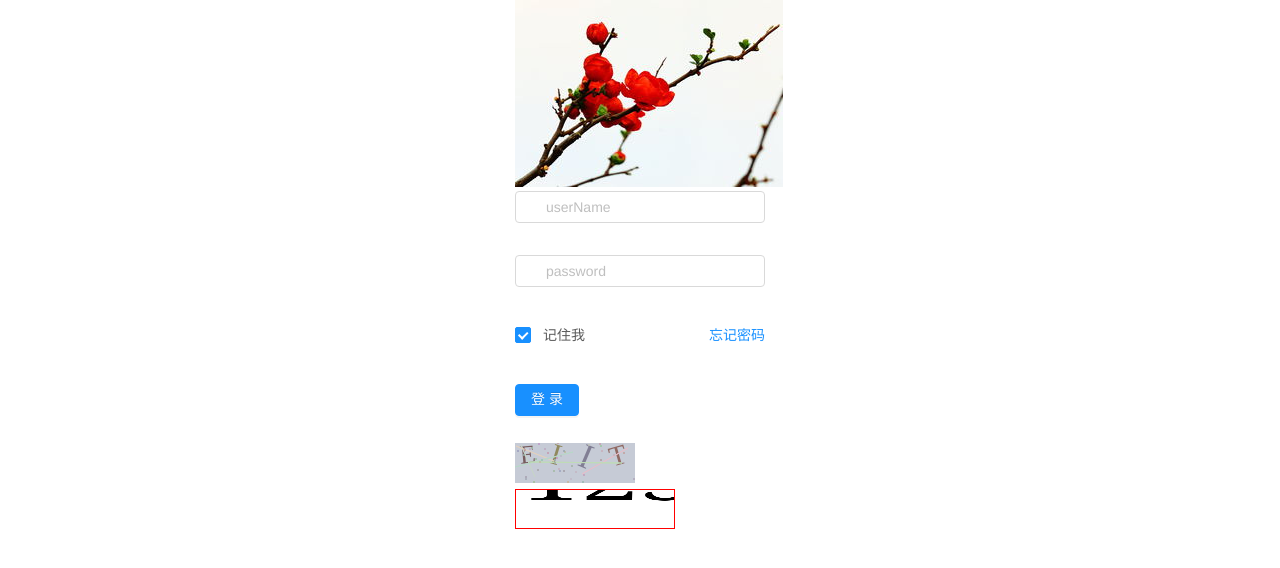
Repository: zhongdm/vue-vuex-antd
Page: /#/login
The author's editor kept a copy of each file at every save. The page is drawn from the files as they stood at one save, then again after the next save.
The browser window is 1280 px wide. The pictures show the whole page.
The project was rebuilt for these pictures with package versions that can differ from the ones it lists, and the page was loaded fresh each time.

Above is the page before, as saved 2019-03-15 10:52:03.

### index.html
<!DOCTYPE html>
<html>
  <head>
    <meta charset="utf-8">
    <meta name="viewport" content="width=device-width,initial-scale=1.0">
    <title>vue-vuex-antd</title>
  </head>
  <body>
    <div id="app"></div>
    <!-- built files will be auto injected -->
  </body>
</html>

### src/main.js
// The Vue build version to load with the `import` command
// (runtime-only or standalone) has been set in webpack.base.conf with an alias.
import Vue from 'vue'
import App from './App'
import router from './router'
import TestPlugin from './plugins-custom/TestPlugin'
import Antd from 'ant-design-vue'
import 'ant-design-vue/dist/antd.css'

Vue.config.productionTip = false
Vue.use(TestPlugin)
Vue.use(Antd)

/* eslint-disable no-new */
new Vue({
  el: '#app',
  router,
  components: { App },
  template: '<App/>'
})

### src/App.vue
<template>
  <div id="app">
    <router-view/>
  </div>
</template>

<script>
export default {
  name: 'App'
}
</script>

<style>
#app {
  font-family: 'Avenir', Helvetica, Arial, sans-serif;
  -webkit-font-smoothing: antialiased;
  -moz-osx-font-smoothing: grayscale;
  /* text-align: center; */
  color: #2c3e50;
  /* margin-top: 60px; */
}
</style>

### src/router/index.js
import Vue from 'vue'
import Router from 'vue-router'

Vue.use(Router)

const router = new Router({
  routes: [
    {
      path: '/login',
      name: 'Login',
      component: () => import('@/pages/Login')
    },
    {
      path: '/',
      component: () => import('@/pages/MainLayout'),
      children: [
        {
          path: '',
          component: () => import('@/pages/home/Info')
        },
        {
          path: 'settings',
          component: () => import('@/pages/settings/Settings'),
          children: [
            {
              path: '',
              redirect: 'user'
            },
            {
              path: 'user',
              name: 'User',
              component: () => import('@/pages/settings/User')
            },
            {
              path: 'role',
              name: 'Role',
              component: () => import('@/pages/settings/Role')
            }
          ]
        }
      ]
    }
  ]
})

// router.beforeEach((to, from, next) => {
//   console.log(to.path, from)
//   next()
// })
export default router

### src/plugins-custom/TestPlugin.js
let TestPlugin = {}
TestPlugin.install = function (Vue, options) {
  Vue.istest = function () {
    console.log('plugin test success')
  }
  Vue.prototype.logining = function () {
    console.log('loging')
  }
}

export default TestPlugin

### src/pages/Login.vue
<template>
  <div class="form-container">
    <img src="@/assets/images/plum.jpg">
    <a-form>
      <a-form-item>
        <a-input
          placeholder="userName">
          <a-icon slot="prefix" type="user"></a-icon>
        </a-input>
      </a-form-item>
      <a-form-item>
        <a-input
          placeholder="password">
          <a-icon slot="prefix" type="lock"></a-icon>
        </a-input>
      </a-form-item>
      <a-form-item>
        <a-checkbox :checked="isRemember" @change="toggleRemember" class="username-remember">
          记住我
        </a-checkbox>
        <a href="" class="login-password-forgot">忘记密码</a>
      </a-form-item>
      <a-form-item>
        <a-button type="primary" @click="handleLogin">登录</a-button>
      </a-form-item>
    </a-form>
    <ImgVerify @imgCode="imgCode" ref="imgVerify"/>
    <CustomVal />
  </div>
</template>

<script>
export default {
  data () {
    return {
      isRemember: true
    }
  },
  mounted () {
  },
  methods: {
    handleLogin () {
      this.$router.push('/')
    },
    toggleRemember () {
      this.isRemember = !this.isRemember
    },
    imgCode (code) {
      console.log(code)
    },
    handleClick () {
      this.$refs.imgVerify.draw()
    }
  },
  components: {
    ImgVerify: () => import('@/components/ValidationCode'),
    CustomVal: () => import('@/components/CustomValidationCode')
  }
}
</script>

<style lang="stylus" scoped>
  .form-container
    width 250px
    margin 0 auto
    .username-remember
      float left
    .login-password-forgot
      float right
</style>

### src/components/ValidationCode.vue
<template>
  <div class="img-verify">
    <canvas
      ref="verify"
      :width="width"
      :height="height"
      @click="handleDraw"></canvas>
  </div>
</template>

<script type="text/ecmascript-6">
  export default {
    data() {
      return {
        pool: 'ABCDEFGHIJKLMNOPQRSTUVWXYZ1234567890', // 字符串
        width: 120,
        height: 40
      }
    },
    mounted() {
      this.draw()
    },
    methods: {
      // 1.随机数
      randomNum(min, max) {
        return parseInt(Math.random() * (max - min) + min)
      },
      // 2.随机颜色
      randomColor(min, max) {
        const r = this.randomNum(min, max)
        const g = this.randomNum(min, max)
        const b = this.randomNum(min, max)
        return `rgb(${r},${g},${b})`
      },
      // 点击图片重新绘制
      handleDraw() {
        this.draw()
      },
      // 绘制图片
      draw() {
        // 3.填充背景颜色，背景颜色要浅一点
        const ctx = this.$refs.verify.getContext('2d')
        // 填充颜色
        ctx.fillStyle = this.randomColor(180, 230)
        // 填充的位置
        ctx.fillRect(0, 0, this.width, this.height)
        // 定义paramText
        let imgCode = ''
        // 4.随机产生字符串，并且随机旋转
        for (let i = 0; i < 4; i++) {
          // 随机的四个字
          const text = this.pool[this.randomNum(0, this.pool.length)]
          imgCode += text
          // 随机的字体大小
          const fontSize = this.randomNum(18, 40)
          // 字体随机的旋转角度
          const deg = this.randomNum(-30, 30)
          /*
           * 绘制文字并让四个文字在不同的位置显示的思路 :
           * 1、定义字体
           * 2、定义对齐方式
           * 3、填充不同的颜色
           * 4、保存当前的状态（以防止以上的状态受影响）
           * 5、平移translate()
           * 6、旋转 rotate()
           * 7、填充文字
           * 8、restore出栈
           * */
          ctx.font = fontSize + 'px Simhei'
          ctx.textBaseline = 'top'
          ctx.fillStyle = this.randomColor(80, 150)
          /*
           * save() 方法把当前状态的一份拷贝压入到一个保存图像状态的栈中。
           * 这就允许您临时地改变图像状态，
           * 然后，通过调用 restore() 来恢复以前的值。
           * save是入栈，restore是出栈。
           * 用来保存Canvas的状态。save之后，可以调用Canvas的平移、放缩、旋转、错切、裁剪等操作。 restore：用来恢复Canvas之前保存的状态。防止save后对Canvas执行的操作对后续的绘制有影响。
           *
           * */
          ctx.save()
          ctx.translate(30 * i + 15, 15)
          ctx.rotate(deg * Math.PI / 180)
          // fillText() 方法在画布上绘制填色的文本。文本的默认颜色是黑色。
          // 请使用 font 属性来定义字体和字号，并使用 fillStyle 属性以另一种颜色/渐变来渲染文本。
          // context.fillText(text,x,y,maxWidth);
          ctx.fillText(text, -15 + 5, -15)
          ctx.restore()
        }
        // 5.随机产生5条干扰线,干扰线的颜色要浅一点
        for (let i = 0; i < 5; i++) {
          ctx.beginPath()
          ctx.moveTo(this.randomNum(0, this.width), this.randomNum(0, this.height))
          ctx.lineTo(this.randomNum(0, this.width), this.randomNum(0, this.height))
          ctx.strokeStyle = this.randomColor(180, 230)
          ctx.closePath()
          ctx.stroke()
        }
        // 6.随机产生40个干扰的小点
        for (let i = 0; i < 40; i++) {
          ctx.beginPath()
          ctx.arc(this.randomNum(0, this.width), this.randomNum(0, this.height), 1, 0, 2 * Math.PI)
          ctx.closePath()
          ctx.fillStyle = this.randomColor(150, 200)
          ctx.fill()
        }
        // 将生成的四个字传递给父组件
        this.$emit('imgCode', imgCode)
      }
    }
  }
</script>
<style type="text/css">
  .img-verify canvas {
    cursor: pointer;
  }
</style>

### src/components/CustomValidationCode.vue
<template>
  <div>
    <canvas @click="handleCanvasClick" id="canvas">

    </canvas>
  </div>
</template>

<script>
export default {
  name: 'ValidationCode',
  data () {
    return {
      baseData: 'ABCDEFGHIJKLMNOPQRSTUWVXYZ'
    }
  },
  mounted () {
    this.draw()
  },
  methods: {
    draw () {
      let canvas = document.getElementById('canvas')
      let cxt = canvas.getContext('2d')
      cxt.font = " 200px Georgia"
      // cxt.moveTo(10, 10)
      // cxt.fillStyle('red')
      cxt.fillText('123', 10, 40)
    },
    handleCanvasClick () {
      console.log('clicked')
    }
  }
}
</script>

<style lang="stylus" scoped>
#canvas {
  width 160px
  height 40px
  border 1px solid red
}
</style>

After the next save:
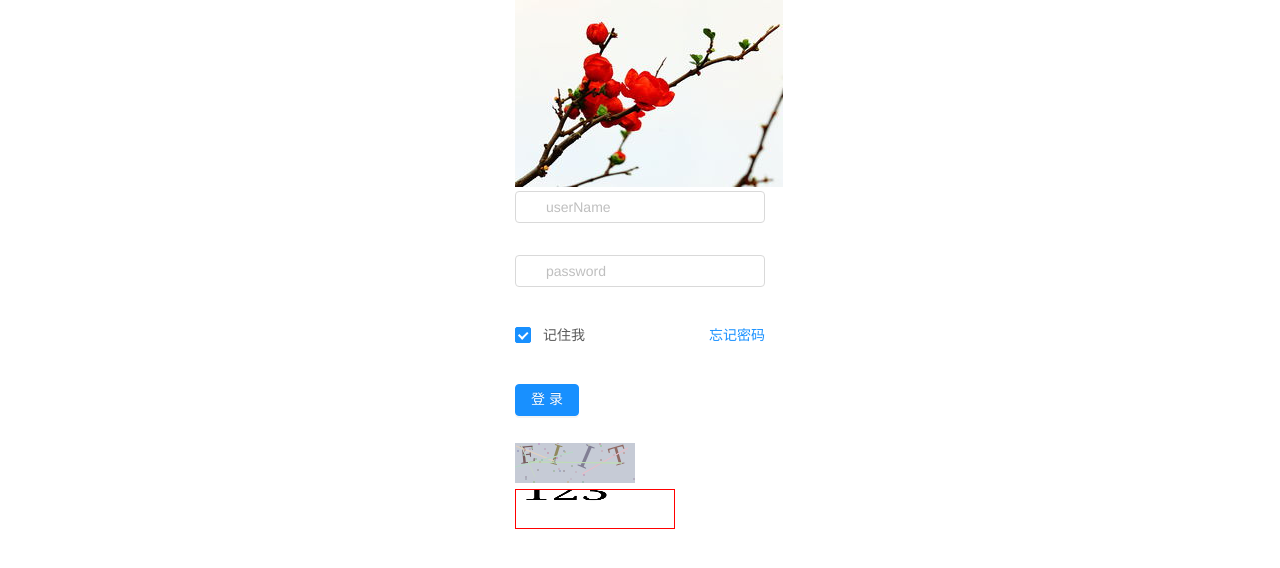
Saved 14 s later.
--- a/src/components/CustomValidationCode.vue
+++ b/src/components/CustomValidationCode.vue
@@ -21,7 +21,7 @@ export default {
     draw () {
       let canvas = document.getElementById('canvas')
       let cxt = canvas.getContext('2d')
-      cxt.font = " 200px Georgia"
+      cxt.font = " 100px Georgia"
       // cxt.moveTo(10, 10)
       // cxt.fillStyle('red')
       cxt.fillText('123', 10, 40)
